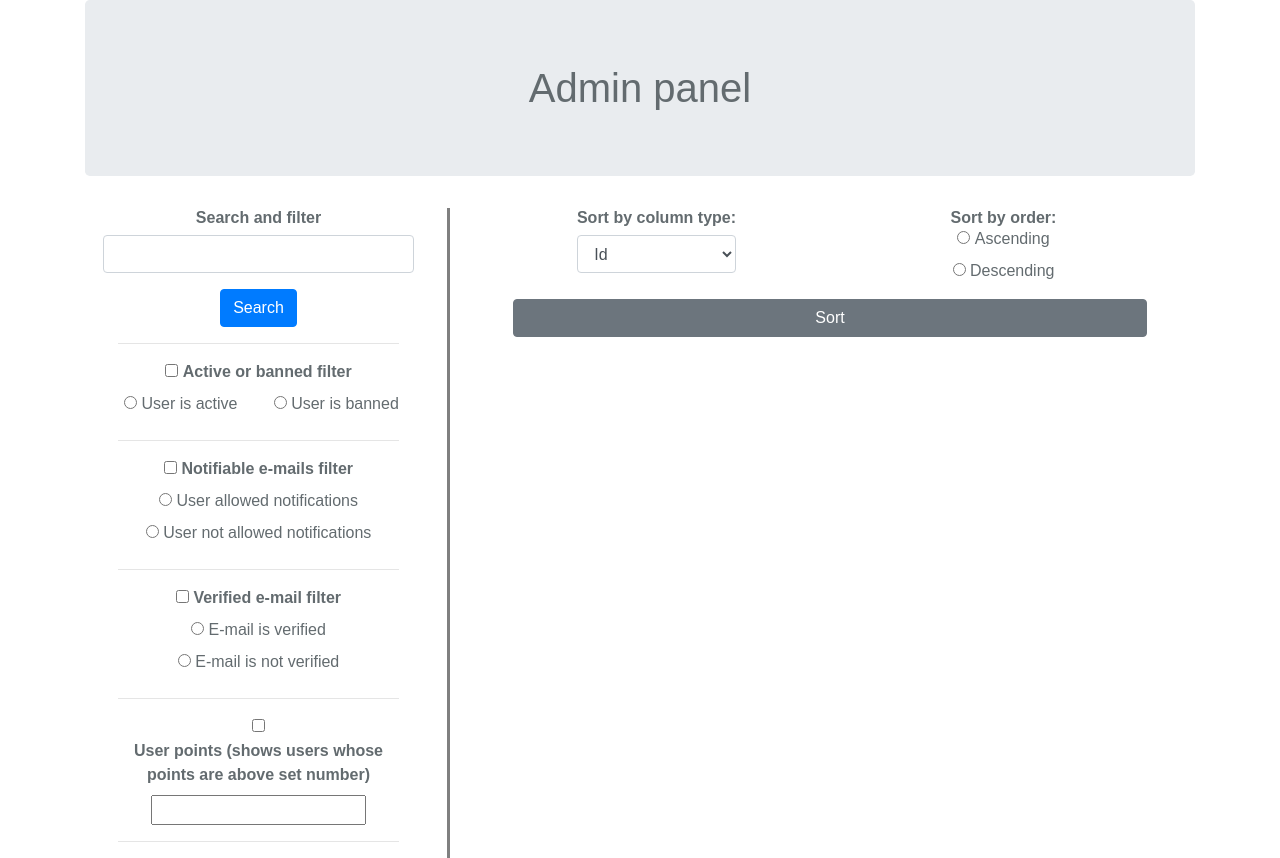
Repository: WOLVGVNG/gameclan
Page: resources/views/admin_panel.blade.php
These files come from the project's save history. The page is drawn as it stood at one moment and after the next save; the edit follows.
The browser window is 1280 px wide. The pictures show the whole page.
The page is served by the project's Laravel application, run on PHP 8.4 with Laravel 8. Other server files are loaded and not shown. The template is opened directly, without the code that normally fills it, so the values that code supplies are empty.

Above is the page before, as saved 2019-03-20 22:22:18.

### routes/web.php
<?php

/*
|--------------------------------------------------------------------------
| Web Routes
|--------------------------------------------------------------------------
|
| Here is where you can register web routes for your application. These
| routes are loaded by the RouteServiceProvider within a group which
| contains the "web" middleware group. Now create something great!
|
*/

Route::get('/', 'AdminPanelController@index');

### resources/views/admin_panel.blade.php
@extends('layout.app')
@section('content')
<div class='container text-center'>
    <h1 class='jumbotron'>Admin panel</h1>
    <form action='/' method='GET'>
        <div class='row'>
            <div class='col-md-4 px-4 px-md-5' style='border-right: 3px solid gray'>
                <!-----------------------------SZUKANIE---------------------------->
                <div class='row'>
                    <h6 class='font-weight-bold mx-auto'>Search and filter</h6>
                    <input type='text' class='form-control' name='search' value='{{ session('search') }}'>
                </div>
                <div class='row'>
                    <button type='submit' class='btn btn-primary mt-3 mx-auto'>Search</button>
                </div>
                <hr>

                <!-----------------------------FILTROWANIE---------------------------->
                <input type='checkbox' name='filter_active_switch' id='active_switch' value=true @if(session('filter_active_switch')==true) echo checked @endif>
                <label for='active_switch' class='font-weight-bold text-center'>Active or banned filter</label>
                <div class='row'>
                    <div class='col'>
                        <input type='radio' name='filter_active' id='active' value='active' @if(session('filter_active')=='active') echo checked @endif>
                        <label for='active'>User is active</label>
                    </div>
                    <div class='col'>
                        <input type='radio' name='filter_active' id='banned' value='banned' @if(session('filter_active  ')=='banned') echo checked @endif>
                        <label for='banned'>User is banned</label>
                    </div>
                </div>

                <hr>

                <input type='checkbox' name='filter_notifiable_email_switch' id='notifiable_email_switch' value=true @if(session('filter_notifiable_email_switch')==true) echo checked @endif>
                <label for='notifiable_email_switch' class='font-weight-bold text-center'>Notifiable e-mails filter</label>
                <div class='row'>
                    <div class='col mx-auto'>
                        <div class='col-12'>
                            <input type='radio' name='filter_notifiable_email' id='notifiable_email_yes' value='true' @if(session('filter_notifiable_email')=='true') echo checked @endif>
                            <label for='notifiable_email_yes'>User allowed notifications</label>
                        </div>
                        <div class='col-12'>
                            <input type='radio' name='filter_notifiable_email' id='notifiable_email_no' value='false' @if(session('filter_notifiable_email')=='false') echo checked @endif>
                            <label for='notifiable_email_no'>User not allowed notifications</label>
                        </div>
                    </div>
                </div>

                <hr>

                {{--<input type='checkbox' name='filter_emails_switch' id='email_switch' value=true @if(session('filter_emails_switch')==true) echo checked @endif>
                <label for='email_switch' class='font-weight-bold text-center'>Users' email's providers</label>
                <div class='row'>
                    <div class='col'>
                        <input type='checkbox' name='filter_emails[]' id='gmail' value='gmail'>
                        <label for='gmail'>Gmail</label>
                    </div>
                    <div class='col'>
                        <input type='checkbox' name='filter_emails[]' id='outlook' value='outlook'>
                        <label for='outlook'>Outlook</label>
                    </div>
                    <div class='col'>
                        <input type='checkbox' name='filter_emails[]' id='yahoo' value='yahoo'>
                        <label for='yahoo'>Yahoo</label>
                    </div>
                    <div class='col'>
                        <input type='checkbox' name='filter_emails[]' id='yandex' value='yandex'>
                        <label for='yandex'>Yandex</label>
                    </div>
                    <div class='col'>
                        <input type='checkbox' name='filter_emails[]' id='icloud' value='icloud'>
                        <label for='icloud'>Icloud</label>
                    </div>
                    <div class='col'>
                        <input type='checkbox' name='filter_emails[]' id='onet' value='onet'>
                        <label for='onet'>Onet</label>
                    </div>
                </div>--}}

                <input type='checkbox' name='filter_verified_email_switch' id='verified_email_switch' value=true @if(session('filter_verified_email_switch')==true) echo checked @endif>
                <label for='verified_email_switch' class='font-weight-bold text-center'>Verified e-mail filter</label>
                <div class='row'>
                    <div class='col mx-auto'>
                        <div class='col-12'>
                            <input type='radio' name='filter_verified_email' id='verified_email_yes' value='true' @if(session('filter_verified_email')=='true') echo checked @endif>
                            <label for='verified_email_yes'>E-mail is verified</label>
                        </div>
                        <div class='col-12'>
                            <input type='radio' name='filter_verified_email' id='verified_email_no' value='false' @if(session('filter_verified_email')=='false') echo checked @endif>
                            <label for='verified_email_no'>E-mail is not verified</label>
                        </div>
                    </div>
                </div>

                <hr>

                <input type='checkbox' name='filter_points_switch' id='points_switch' value=true @if(session('filter_points_switch')==true) echo checked @endif>
                <label for='points_switch' class='font-weight-bold text-center'>User points (shows users whose points are above set number)</label>
                <div class='row'>
                    <div class='col mx-auto'>
                        <div class='col-12'>
                            <input type='number' name='filter_points' value={{session('filter_points')}}>
                        </div>
                    </div>
                </div>

                <hr>
            </div>

            <div class='col-md-8 px-4 px-md-5'>
                <!-----------------------------SORTOWANIE---------------------------->
                <div class='row'>
                    <div class='col-sm-6'>
                        <h6 class='font-weight-bold mt-4 mt-md-0'>Sort by column type:</h6>
                        <select class='form-control w-50 mx-auto' name='sort_type' value='{{ session('sort_type') }}'>
                            {{--<option>{{ session('sort_type') }}</option>--}}
                            <option value='id' @if(session('sort_type') == 'id') echo selected @endif>Id</option>
                            <option value='user_name' @if(session('sort_type') == 'user_name') echo selected @endif>User name</option>
                            <option value='email' @if(session('sort_type') == 'email') echo selected @endif>E-mail</option>
                            <option value='notifiable_email' @if(session('sort_type') == 'notifiable_email') echo selected @endif>Notifiable email</option>
                            <option value='email_verified_at' @if(session('sort_type') == 'email_verified_at') echo selected @endif>Email verification date</option>
                            <option value='points' @if(session('sort_type') == 'points') echo selected @endif>Points</option>
                            <option value='steam_id' @if(session('sort_type') == 'steam_id') echo selected @endif>Steam id</option>
                            <option value='facebook_id' @if(session('sort_type') == 'facebook_id') echo selected @endif>Facebook id</option>
                            <option value='google_id' @if(session('sort_type') == 'google_id') echo selected @endif>Google id</option>
                            <option value='geo' @if(session('sort_type') == 'geo') echo selected @endif>Country</option>
                            <option value='lang' @if(session('sort_type') == 'lang') echo selected @endif>Language</option>
                            <option value='ref' @if(session('sort_type') == 'ref') echo selected @endif>Ref</option>
                            <option value='ref_status' @if(session('sort_type') == 'ref_status') echo selected @endif>Ref status</option>
                            <option value='ref_code' @if(session('sort_type') == 'ref_code') echo selected @endif>Ref code</option>
                            <option value='deleted_at' @if(session('sort_type') == 'deleted_at') echo selected @endif>The date of removal</option>
                            <option value='created_at' @if(session('sort_type') == 'created_at') echo selected @endif>Creation date</option>
                            <option value='updated_at' @if(session('sort_type') == 'updated_at') echo selected @endif>Update date</option>
                        </select>
                    </div>
                    <div class='col-sm-6'>
                        <h6 class='font-weight-bold my-4 my-md-0'>Sort by order:</h6>
                        <input type='radio' name='sort_order' value='asc' id='asc'
                                @if(session('sort_order') == 'asc') echo checked @endif>
                        <label for='asc'>Ascending</label>
                        <br>
                        <input type='radio' name='sort_order' value='desc' id='desc'
                                @if(session('sort_order') == 'desc') echo checked @endif>
                        <label for='desc'>Descending</label>
                    </div>
                </div>
                <div class='col mt-2 mb-5'>
                    <button type='submit' class='btn btn-block btn-secondary'>Sort</button>
                </div>
            </form>

            <!-----------------------------WYŚWIETLANIE---------------------------->
            @foreach($users as $user)
                <div class='row mb-5 user-part-div'>
                    <div class='user-part-div col'>
                        <p class='font-weight-bold'>id</p>
                        <p>{{$user->id}}</p>
                    </div>
                    <div class='user-part-div col'>
                        <p class='font-weight-bold'>user_name</p>
                        <p>{{$user->user_name}}</p>
                    </div>
                    <div class='user-part-div col'>
                        <p class='font-weight-bold'>email</p>
                        <p>{{$user->email}}</p>
                    </div>
                    @if(isset($user->email_verified_at))
                        <div class='user-part-div col'>
                            <p class='font-weight-bold'>email_verified_at</p>
                            <p>{{$user->email_verified_at}}</p>
                        </div>
                    @endif
                    @if(isset($user->email_verified_at))
                        <div class='user-part-div col'>
                            <p class='font-weight-bold'>remember_token</p>
                            <p>{{$user->remember_token}}</p>
                        </div>
                    @endif
                    <div class='user-part-div col'>
                        <p class='font-weight-bold'>avatar</p>
                        <p>{{$user->avatar}}</p>
                    </div>
                    <div class='user-part-div col'>
                        <p class='font-weight-bold'>points</p>
                        <p>{{$user->points}}</p>
                    </div>
                    @if(isset($user->steam_id))
                        <div class='user-part-div col'>
                            <p class='font-weight-bold'>steam_id</p>
                            <p>{{$user->steam_id}}</p>
                        </div>
                    @endif
                    @if(isset($user->facebook_id))
                        <div class='user-part-div col'>
                            <p class='font-weight-bold'>facebook_id</p>
                            <p>{{$user->facebook_id}}</p>
                        </div>
                    @endif
                    @if(isset($user->google_id))
                        <div class='user-part-div col'>
                            <p class='font-weight-bold'>google_id</p>
                            <p>{{$user->google_id}}</p>
                        </div>
                    @endif
                    <div class='user-part-div col'>
                        <p class='font-weight-bold'>geo</p>
                        <p>{{$user->geo}}</p>
                    </div>
                    <div class='user-part-div col'>
                        <p class='font-weight-bold'>lang</p>
                        <p>{{$user->lang}}</p>
                    </div>
                    @if(isset($user->ref))
                        <div class='user-part-div col'>
                            <p class='font-weight-bold'>ref</p>
                            <p>{{$user->ref}}</p>
                        </div>
                    @endif
                    @if(isset($user->ref_status))
                        <div class='user-part-div col'>
                            <p class='font-weight-bold'>ref_status</p>
                            <p>{{$user->ref_status}}</p>
                        </div>
                    @endif
                    <div class='user-part-div col'>
                        <p class='font-weight-bold'>ref_code</p>
                        <p>{{$user->ref_code}}</p>
                    </div>
                    @if(isset($user->deleted_at))
                        <div class='user-part-div col'>
                            <p class='font-weight-bold'>deleted_at</p>
                            <p>{{$user->deleted_at}}</p>
                        </div>
                    @endif
                    <div class='user-part-div col'>
                        <p class='font-weight-bold'>created_at</p>
                        <p>{{$user->created_at}}</p>
                    </div>
                    @if(isset($user->updated_at))
                        <div class='user-part-div col'>
                            <p class='font-weight-bold'>updated_at</p>
                            <p>{{$user->updated_at}}</p>
                        </div>
                    @endif
                </div>
            @endforeach
        </div>
    </div>

    <!-----------------------------PAGINACJA---------------------------->
    <div class='row'>
        <div class='mx-auto'>
            {{ $users->links() }}
        </div>
    </div>
</div>
@endsection

### resources/views/layout/app.blade.php
<!doctype html>
<html lang="{{ str_replace('_', '-', app()->getLocale()) }}">
    <head>
        <meta charset="utf-8">
        <meta name="viewport" content="width=device-width, initial-scale=1">

        <title>Laravel</title>

        <link rel="stylesheet" href="https://stackpath.bootstrapcdn.com/bootstrap/4.3.1/css/bootstrap.min.css" integrity="sha384-ggOyR0iXCbMQv3Xipma34MD+dH/1fQ784/j6cY/iJTQUOhcWr7x9JvoRxT2MZw1T" crossorigin="anonymous">

        <style>
            html, body {
                background-color: #fff;
                color: #636b6f;
                font-family: 'Nunito', sans-serif;
                font-weight: 200;
                height: 100vh;
                margin: 0;
            }

            .user-part-div {
                border: 2px solid gray;
            }
        </style>
    </head>
    <body>
        @yield('content')

    </body>
</html>

After the next save:
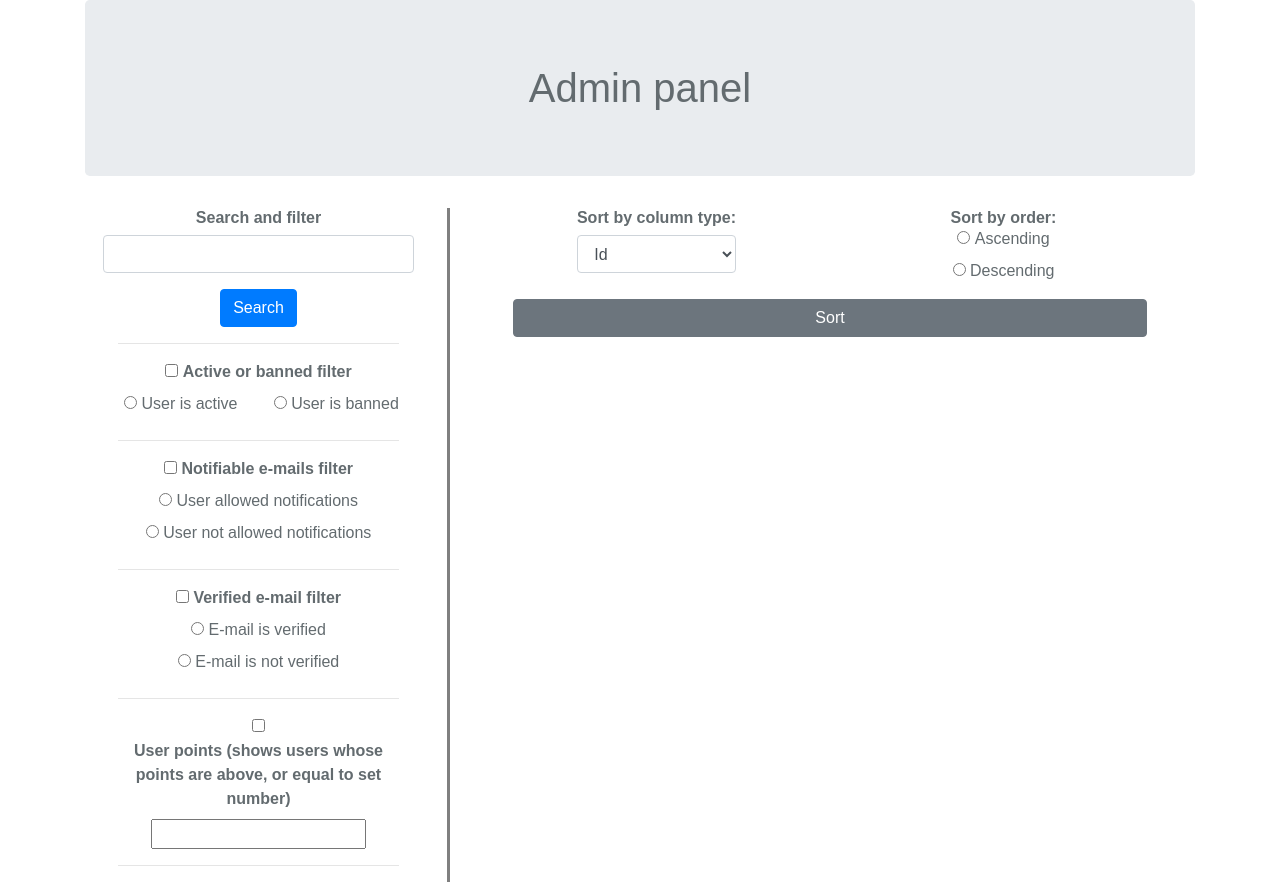
Saved 7 min 47 s later.
--- a/resources/views/admin_panel.blade.php
+++ b/resources/views/admin_panel.blade.php
@@ -95,7 +95,7 @@
                 <hr>
 
                 <input type='checkbox' name='filter_points_switch' id='points_switch' value=true @if(session('filter_points_switch')==true) echo checked @endif>
-                <label for='points_switch' class='font-weight-bold text-center'>User points (shows users whose points are above set number)</label>
+                <label for='points_switch' class='font-weight-bold text-center'>User points (shows users whose points are above, or equal to set number)</label>
                 <div class='row'>
                     <div class='col mx-auto'>
                         <div class='col-12'>
